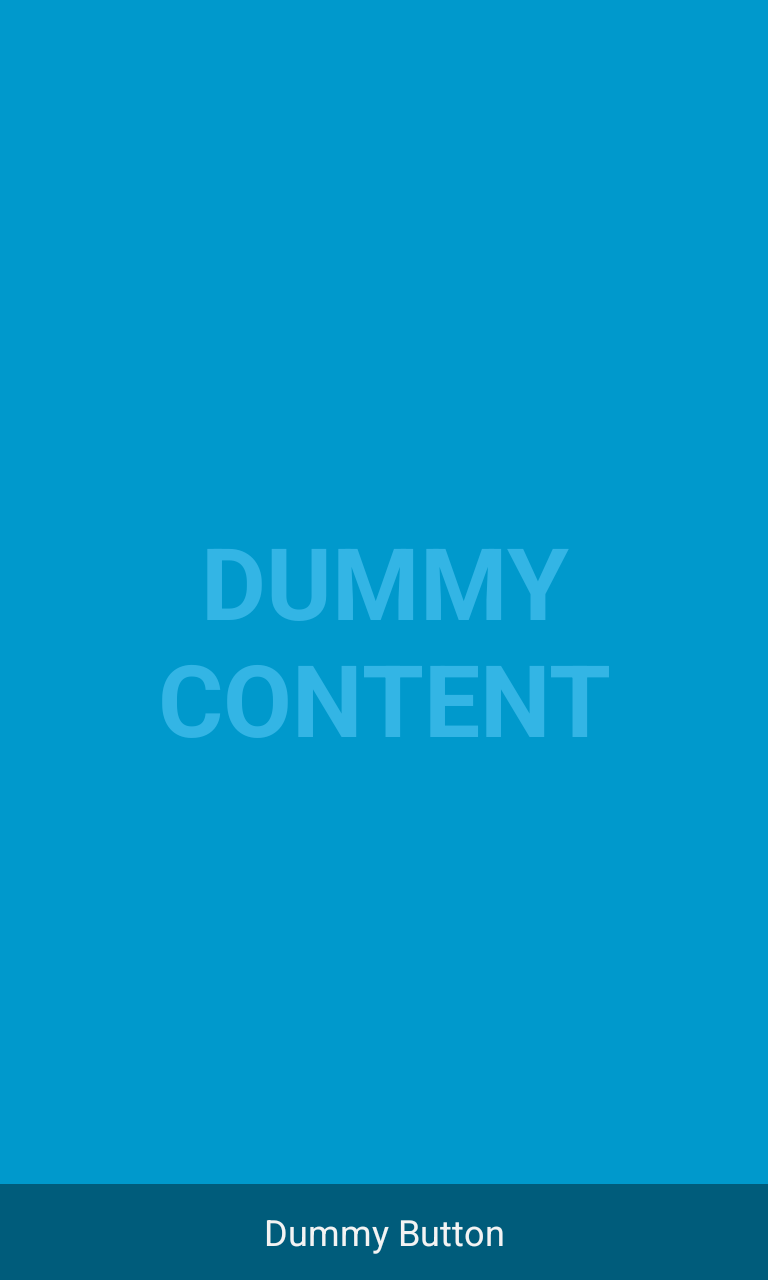
Repository: danthrift/Androidexamplesnippets
Layout: Buttons11/res/layout/activity_fullscreen.xml
An editor plug-in stored every save of this project. The layout is shown before and after the next save, followed by the edit.
It is drawn on a 768 x 1280 px phone screen (xhdpi) without system bars, with theme FullscreenTheme; the app's code is not run.

Above is the layout before, as saved 2014-04-04 01:05:09.

After the next save:
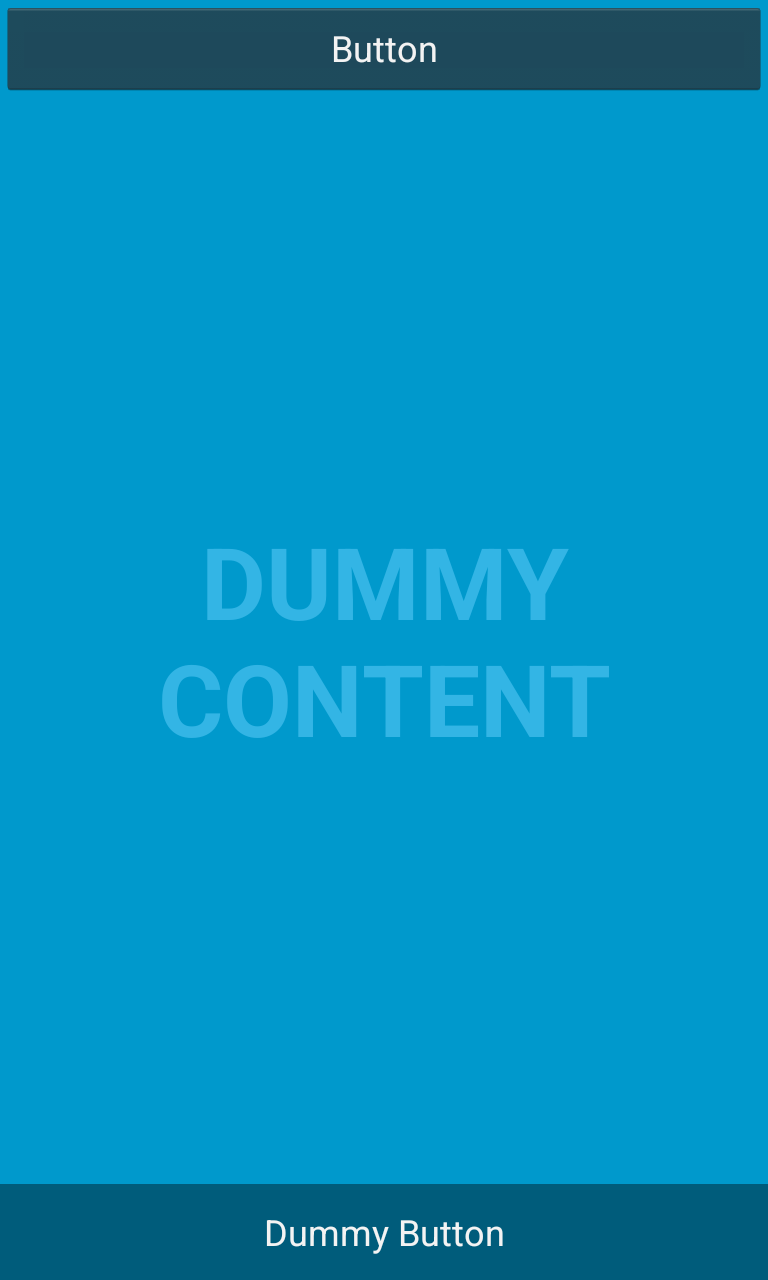
Saved 40 min 35 s later.
--- a/Buttons11/res/layout/activity_fullscreen.xml
+++ b/Buttons11/res/layout/activity_fullscreen.xml
@@ -50,6 +50,13 @@
                 android:layout_weight="1"
                 android:text="@string/dummy_button" />
         </LinearLayout>
+
+        <Button
+            android:id="@+id/button1"
+            android:layout_width="fill_parent"
+            android:layout_height="wrap_content"
+            android:text="Button" />
+
     </FrameLayout>
 
 </FrameLayout>
